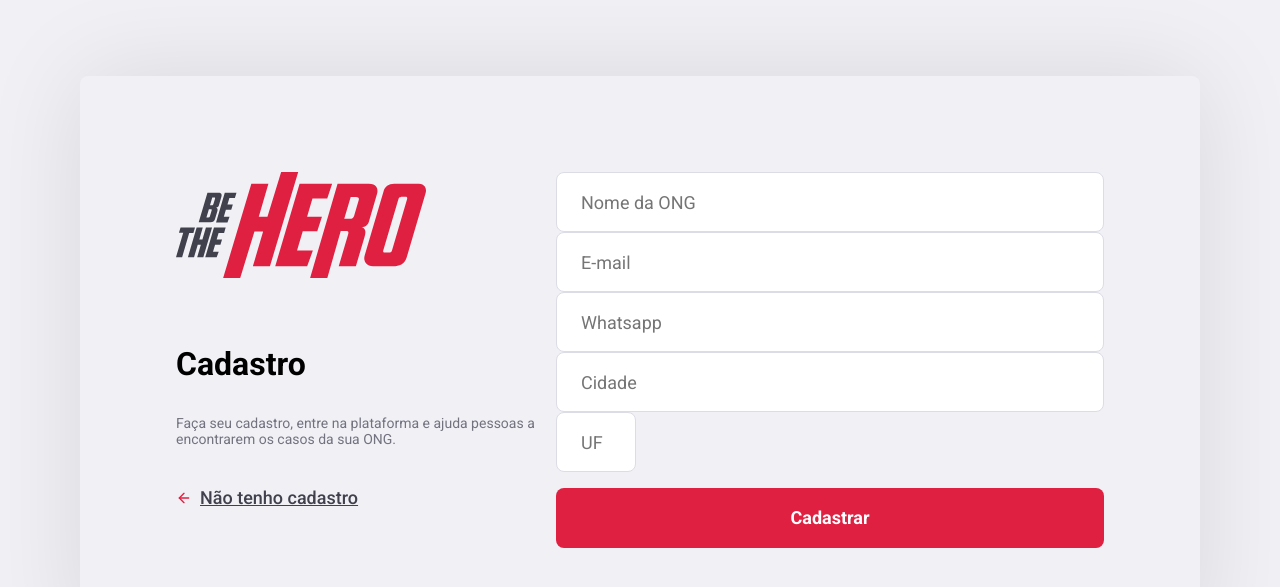
Repository: s7Thiago/semana-omnistack-11.0
Page: /register (app in front-end/)
The author's editor kept a copy of each file at every save. The page is drawn from the files as they stood at one save, then again after the next save.
The browser window is 1280 px wide. The pictures show the whole page.
The project was rebuilt for these pictures with package versions that can differ from the ones it lists, and the page was loaded fresh each time. Also part of the build but not shown: front-end/src/pages/Logon/styles.css, front-end/src/pages/Logon/index.js.

Above is the page before, as saved 2020-03-26 22:40:57.

### front-end/src/App.js
import React from 'react';
import './global.css';

import Routes from './routes';

function App() {

  return (
    <Routes />
  );
}

export default App;

### front-end/src/global.css
@import url('https://fonts.googleapis.com/css?family=Roboto:400,500,700&display=swap');

*{
    margin: 0;
    padding: 0;
    outline: 0;
    box-sizing: border-box; /*Faz com que o padding dos elementos seja anexado na sua largura e na sua altura*/
}

body{
    font: 400 14px Roboto, sans-serif;
    background: #f0f0f5;
    -webkit-font-smoothing: antialiased;
}

input, button, textarea {
    font: 400 18px Roboto, sans-serif;
}

button {
    cursor: pointer;
}

form input {
    width: 100%;
    height: 60px;
    color: #333;
    border: 1px solid #dcdce6;
    border-radius: 8px;
    padding: 0 24px;
}

.button {
    width: 100%;
    height: 60px;
    background: #e02041;
    border: 0;
    border-radius: 8px;
    color: #fff;
    font-weight: 700;
    margin-top: 16px;
    display: inline-block;
    text-align: center;
    text-decoration: nome;
    font-size: 18px;
    line-height: 60px;
    transition: filter 0.25s;
}

.button:hover{
    filter: brightness(90%);
}

.back-link{
    display: flex;
    align-items: center;
    margin-top: 40px;
    color: #41414d;
    font-size: 18px;
    text-decoration: nome;
    font-weight: 500;
    transition: opacity 0.2s;
}

.back-link svg{
    margin-right: 8px;

}

.back-link:hover{
    opacity: 0.8;
}

### front-end/src/routes.js
import React from 'react';
import { BrowserRouter, Route, Switch } from 'react-router-dom';

import Logon from './pages/Logon';
import Register from './pages/Register';

export default function Routes() {
    return (
        <BrowserRouter>
            <Switch>
                <Route path="/" exact component={Logon} />
                <Route path="/register" component={Register} />

            </Switch>
        </BrowserRouter>
    );
}

### front-end/src/pages/Register/index.js
import React from 'react';

import { Link } from 'react-router-dom';
import { FiArrowLeft } from 'react-icons/fi'

import './styles.css'

import logoImg from '../../assets/logo.svg';

export default function Register() {
    return (
        <div className="register-container">
            <div className="content">
                <section>
                    <img src={logoImg} alt="Be the Hero" />
                    <h1>Cadastro</h1>
                    <p>Faça seu cadastro, entre na plataforma e ajuda pessoas a encontrarem os casos da sua ONG.</p>

                    <Link className="back-link" to="/register">
                        <FiArrowLeft size={16} color="#E02041" />
                        Não tenho cadastro
                        </Link>
                </section>

                <form>
                    <input placeholder="Nome da ONG" />
                    <input type="email" placeholder="E-mail" />
                    <input placeholder="Whatsapp" />

                    <div className="input-group">
                        <input placeholder="Cidade" />
                        <input placeholder="UF" style={{ width: 80 }} />
                    </div>
                    <button className="button" type="submit">Cadastrar</button>
                </form>
            </div>
        </div>
    );
}

### front-end/src/pages/Register/styles.css
.register-container{
    width: 100%;
    max-width: 1120px;
    height: 100vh;
    margin: 0 auto;

    display: flex;
    align-items: center;
    justify-content: center;
}

.register-container .content {
    width: 100%;
    padding: 96px;
    background: #f0f0f5;
    box-shadow: 0 0 100px rgba(0, 0, 0, 0.1);
    border-radius: 8px;

    display: flex;
    justify-content: space-between;
}

.register-container .content section {
    width: 100%;
    max-width: 380px;
}

.register-container .content section h1{
    margin: 64px 0 32px;
    font-size: 32px;
}

.register-container .content section p {
    font-size: 18;
    color: #737380;

}

Loaded but not shown: front-end/src/index.js (common file)

After the next save:
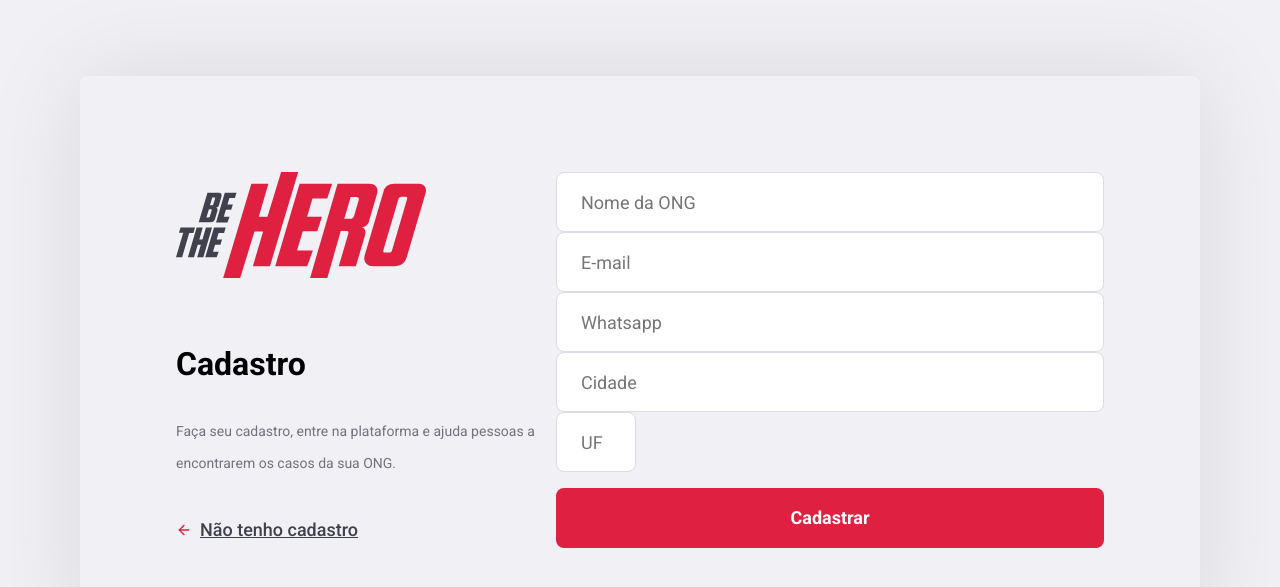
Saved 16 s later.
--- a/front-end/src/pages/Register/styles.css
+++ b/front-end/src/pages/Register/styles.css
@@ -33,5 +33,6 @@
 .register-container .content section p {
     font-size: 18;
     color: #737380;
+    line-height: 32px;
 
 }
